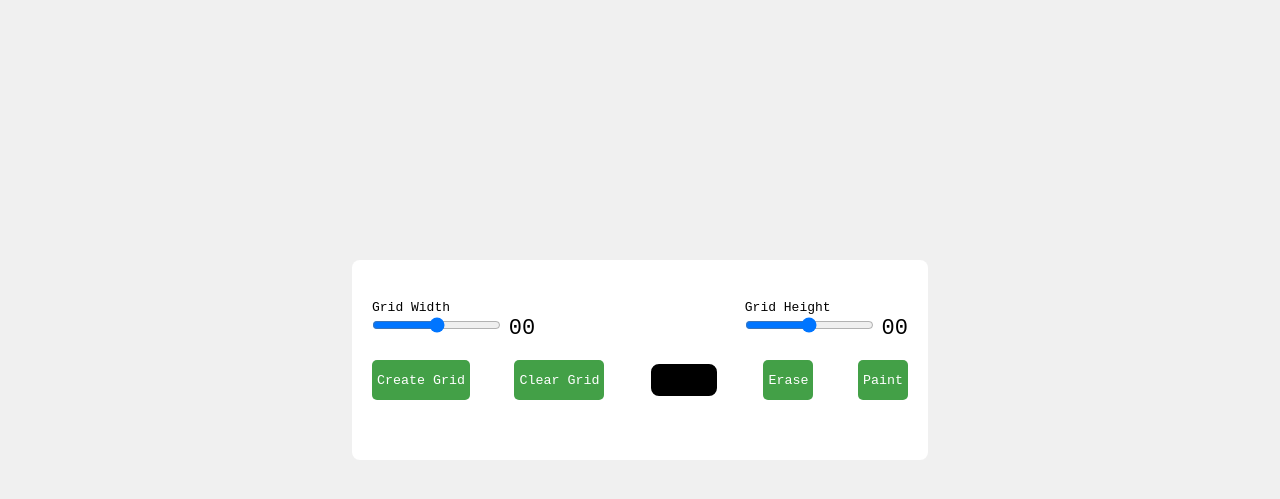
Repository: radisyah/Pixel_Art_Generator
Page: index.html
These files come from the project's save history. The page is drawn as it stood at one moment and after the next save; the edit follows.
The browser window is 1280 px wide. The pictures show the whole page.

Above is the page before, as saved 2024-11-20 12:39:54.

After the next save:
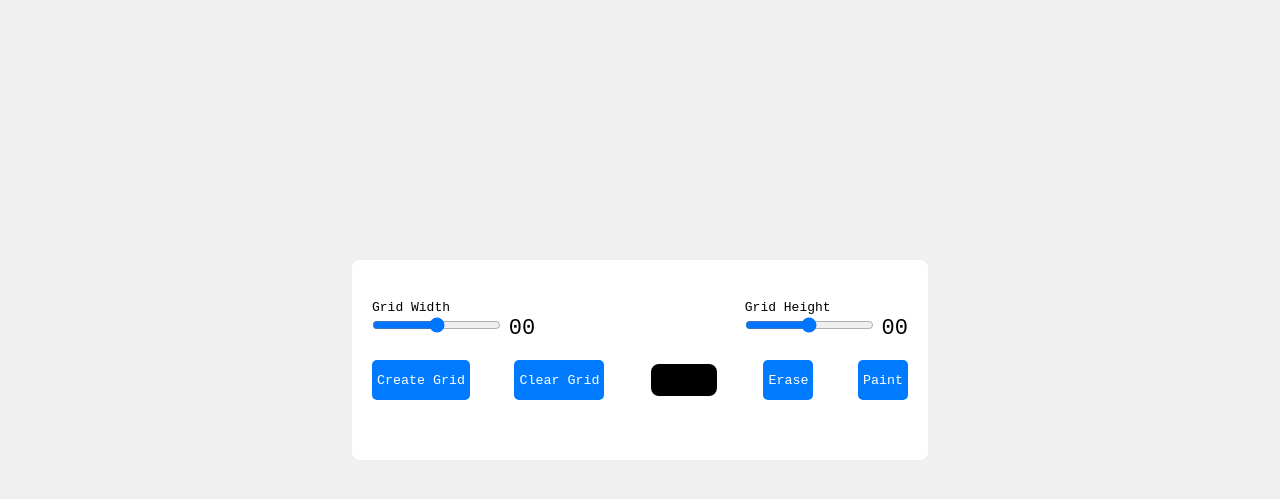
Saved 47 s later.
--- a/style.css
+++ b/style.css
@@ -38,7 +38,7 @@ span{
 }
 
 button{
-    background-color: #43a047;
+    background-color: #007bff;
     border: 0;
     border-radius: 5px;
     padding: 5px;
